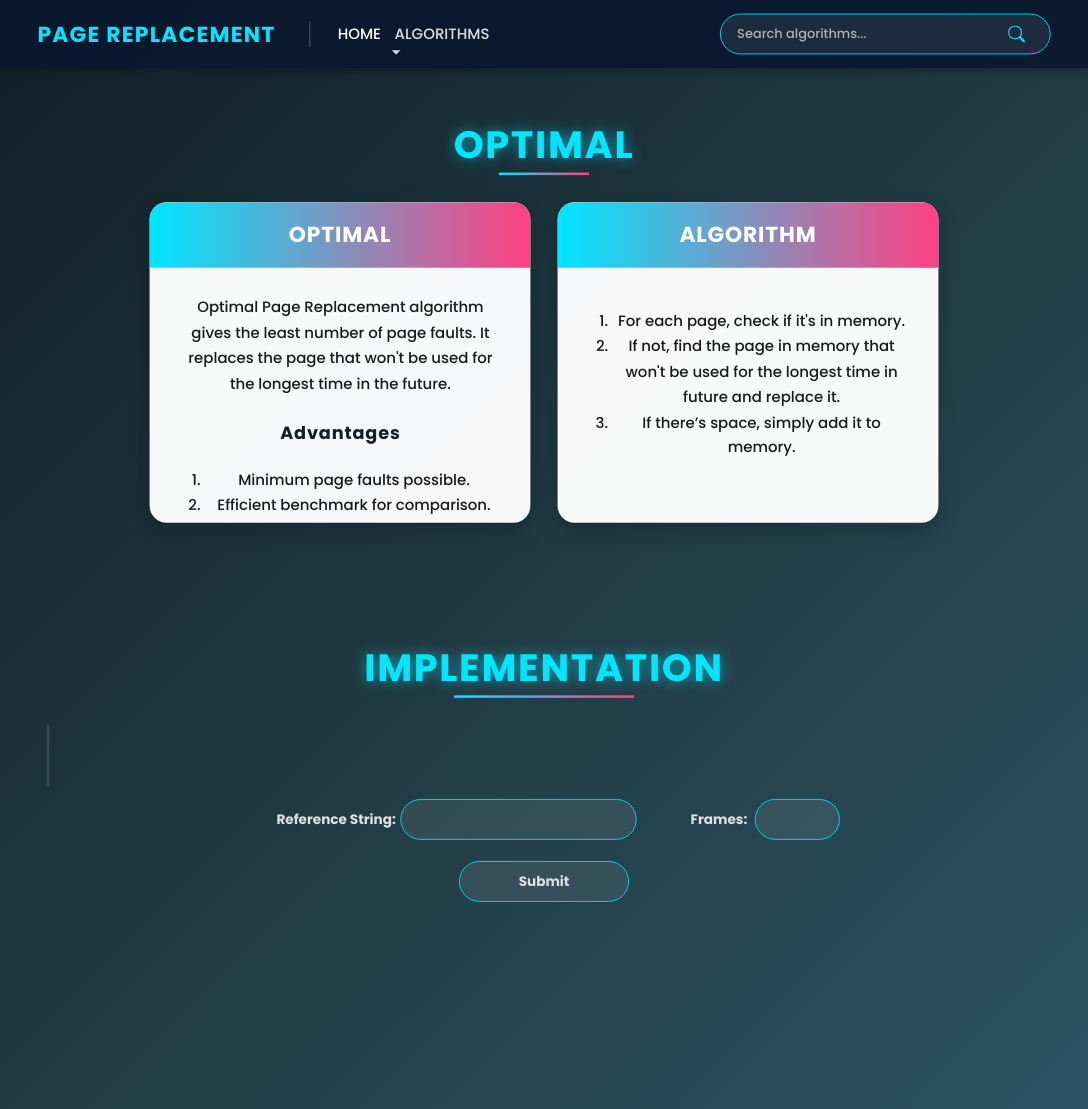
Repository: nusuranur/Page-Replacement-Algorithms-Simulator2.0
Page: Page-Replacement-Algorithms-Simulator-master/optimal.html
These files come from the project's save history. The page is drawn as it stood at one moment and after the next save; the edit follows.
The browser window is 1280 px wide. The pictures show the whole page, at 85% of full size.

Above is the page before, as saved 2025-08-05 19:07:56.

### Page-Replacement-Algorithms-Simulator-master/optimal.html
<!DOCTYPE html>
<html lang="en">

<head>
    <meta charset="UTF-8">
    <meta http-equiv="X-UA-Compatible" content="IE=edge">
    <meta name="viewport" content="width=device-width, initial-scale=1.0">
    <title>OS LAB SIMULATOR - OPTIMAL</title>
    <link rel="stylesheet" href="https://cdn.jsdelivr.net/npm/bootstrap@5.3.0/dist/css/bootstrap.min.css">
    <link href="https://fonts.googleapis.com/css2?family=Poppins:wght@300;500;700&display=swap" rel="stylesheet">
    <link href="https://cdnjs.cloudflare.com/ajax/libs/font-awesome/6.4.0/css/all.min.css" rel="stylesheet">
    <link rel="stylesheet" href="https://unpkg.com/aos@2.3.1/dist/aos.css">
    <link rel="shortcut icon" type="image/png" href="images/website_logo1.png">
    <style>
        body {
            background: linear-gradient(135deg, #0f2027 0%, #203a43 50%, #2c5364 100%);
            font-family: 'Poppins', sans-serif;
            color: #e0e0e0;
            min-height: 100vh;
            margin: 0;
            font-size: 1rem;
        }

        .navbar {
            background: rgba(10, 25, 47, 0.95) !important;
            backdrop-filter: blur(12px);
            padding: 1rem 2rem;
            box-shadow: 0 4px 12px rgba(0, 0, 0, 0.3);
        }

        .navbar-brand .hover-border {
            font-size: 1.6rem;
            font-weight: 700;
            color: #00e6ff;
            transition: color 0.3s ease, transform 0.3s ease;
            position: relative;
            text-transform: uppercase;
            letter-spacing: 1.5px;
        }

        .navbar-brand .hover-border:hover {
            color: #ffffff;
            transform: translateY(-2px);
        }

        .navbar-brand .hover-border::after {
            content: '';
            position: absolute;
            width: 0;
            height: 3px;
            bottom: -6px;
            left: 0;
            background: linear-gradient(90deg, #00e6ff, #ff4081);
            transition: width 0.4s ease;
        }

        .navbar-brand .hover-border:hover::after {
            width: 100%;
        }

        .nav-link, .nav-link.dropdown-toggle {
            font-size: 1.1rem;
            color: #e0e0e0;
            transition: color 0.3s ease, transform 0.3s ease;
            position: relative;
        }

        .nav-link:hover, .nav-link.dropdown-toggle:hover {
            color: #00e6ff;
            transform: translateY(-2px);
        }

        .nav-link::after, .nav-link.dropdown-toggle::after {
            content: '';
            position: absolute;
            width: 0;
            height: 2px;
            bottom: -3px;
            left: 0;
            background: linear-gradient(90deg, #00e6ff, #ff4081);
            transition: width 0.4s ease;
        }

        .nav-link:hover::after, .nav-link.dropdown-toggle:hover::after {
            width: 100%;
        }

        .divider {
            height: 30px;
            width: 1px;
            background: #e0e0e0;
            margin: 0 1.5rem;
            opacity: 0.4;
        }

        .form-control {
            background: rgba(255, 255, 255, 0.08);
            border: 1px solid #00e6ff;
            color: #e0e0e0;
            border-radius: 25px;
            padding: 0.7rem 2.8rem 0.7rem 1.2rem;
            font-size: 1rem;
            transition: all 0.3s ease;
        }

        .form-control:focus {
            background: rgba(255, 255, 255, 0.15);
            border-color: #ffffff;
            color: #ffffff;
            box-shadow: 0 0 8px rgba(0, 230, 255, 0.3);
        }

        .form-control::placeholder {
            color: #b0b0b0;
            font-size: 0.95rem;
        }

        .bi-search {
            position: absolute;
            right: 20px;
            top: 50%;
            transform: translateY(-50%);
            color: #00e6ff;
            width: 20px;
            height: 20px;
        }

        .dropdown-menu {
            background: rgba(10, 25, 47, 0.98);
            border: 1px solid #00e6ff;
            border-radius: 12px;
            max-height: 320px;
            overflow-y: auto;
            box-shadow: 0 4px 15px rgba(0, 0, 0, 0.3);
        }

        .dropdown-item {
            color: #e0e0e0;
            font-size: 0.95rem;
            padding: 0.8rem 1.5rem;
            transition: all 0.3s ease;
        }

        .dropdown-item:hover {
            background: #00e6ff;
            color: #0f2027;
        }

        .mid-block {
            padding: 4rem 2rem;
            text-align: center;
        }

        .mid-heading-wrapper {
            margin-bottom: 2rem;
        }

        .mid-heading h1 {
            font-size: 2.8rem;
            font-weight: 700;
            color: #00e6ff;
            text-transform: uppercase;
            letter-spacing: 2px;
            text-shadow: 0 0 15px rgba(0, 230, 255, 0.6);
            position: relative;
            display: inline-block;
        }

        .mid-heading h1::after {
            content: '';
            position: absolute;
            width: 50%;
            height: 3px;
            bottom: -8px;
            left: 25%;
            background: linear-gradient(90deg, #00e6ff, #ff4081);
        }

        .mid-cards {
            display: flex;
            flex-wrap: wrap;
            justify-content: center;
            gap: 2rem;
            max-width: 1200px;
            margin: 0 auto;
        }

        .card {
            background: rgba(255, 255, 255, 0.97);
            border: none;
            border-radius: 20px;
            box-shadow: 0 10px 25px rgba(0, 0, 0, 0.2);
            transition: transform 0.4s ease, box-shadow 0.4s ease;
            max-width: 28rem;
            overflow: hidden;
        }

        .card:hover {
            transform: translateY(-10px);
            box-shadow: 0 15px 35px rgba(0, 0, 0, 0.3);
        }

        .card-header {
            background: linear-gradient(90deg, #00e6ff, #ff4081);
            color: #ffffff;
            font-size: 1.6rem;
            font-weight: 600;
            padding: 1.2rem;
            text-transform: uppercase;
            letter-spacing: 1px;
            border: none;
        }

        .card-body {
            padding: 2rem;
            color: #1a1a1a;
            font-size: 1.1rem;
            line-height: 1.7;
            max-height: 300px;
            overflow-y: auto;
        }

        .card-body .card-header {
            background: none;
            color: #0f2027;
            font-size: 1.3rem;
            padding: 0.5rem 0;
            text-transform: none;
        }

        .card-text ol {
            padding-left: 1.5rem;
            margin-bottom: 0;
        }

        .card-text li {
            margin-bottom: 0.5rem;
        }

        .last-block {
            padding: 4rem 2rem;
            text-align: center;
        }

        .last_button {
            background: linear-gradient(90deg, #00e6ff, #ff4081);
            color: #ffffff;
            border: none;
            border-radius: 25px;
            padding: 0.8rem 2rem;
            font-size: 1rem;
            font-weight: 600;
            transition: all 0.3s ease;
        }

        .last_button:hover {
            background: linear-gradient(90deg, #ff4081, #00e6ff);
            transform: scale(1.08);
            box-shadow: 0 5px 15px rgba(0, 230, 255, 0.4);
        }

        .input {
            background: rgba(255, 255, 255, 0.08);
            border: 1px solid #00e6ff;
            color: #e0e0e0;
            border-radius: 25px;
            padding: 0.7rem 1.2rem;
            font-size: 1rem;
            transition: all 0.3s ease;
            width: 200px;
        }

        .input:focus {
            background: rgba(255, 255, 255, 0.15);
            border-color: #ffffff;
            box-shadow: 0 0 8px rgba(0, 230, 255, 0.3);
        }

        table, tr, td {
            border: 2px solid black !important;
        }

        #table {
            width: 80vw;
            margin: 15px;
        }

        #summary {
            display: flex;
            justify-content: space-around;
            align-items: center;
            flex-wrap: wrap;
            flex-direction: row;
        }

        @media (max-width: 768px) {
            body {
                font-size: 0.9rem;
            }

            .mid-heading h1 {
                font-size: 2.2rem;
            }

            .mid-block, .last-block {
                padding: 2rem 1rem;
            }

            .navbar-brand .hover-border {
                font-size: 1.3rem;
            }

            .nav-link, .nav-link.dropdown-toggle {
                font-size: 1rem;
            }

            .form-control, .input {
                font-size: 0.9rem;
                width: 150px;
            }

            .card {
                max-width: 90%;
            }

            .card-header {
                font-size: 1.4rem;
            }

            .card-body {
                font-size: 1rem;
            }

            .last_button {
                font-size: 0.9rem;
                padding: 0.7rem 1.5rem;
            }
        }
    </style>
</head>

<body>
    <nav class="navbar sticky-top navbar-expand-lg navbar-dark bg-dark">
        <div class="container-fluid">
            <a class="navbar-brand" href="pagereplacement_index.html">
                <div class="hover-border">PAGE REPLACEMENT</div>
            </a>
            <div class="divider"></div>
            <button class="navbar-toggler" type="button" data-bs-toggle="collapse"
                data-bs-target="#navbarSupportedContent" aria-controls="navbarSupportedContent" aria-expanded="false"
                aria-label="Toggle navigation">
                <span class="navbar-toggler-icon"></span>
            </button>
            <div class="collapse navbar-collapse" id="navbarSupportedContent">
                <ul class="navbar-nav me-auto mb-2 mb-lg-0">
                    <li class="nav-item">
                        <a class="nav-link active" aria-current="page" href="index.html">
                            <div class="hover-border">HOME</div>
                        </a>
                    </li>
                    <li class="nav-item dropdown">
                        <a class="nav-link dropdown-toggle" href="#" id="navbarDropdown" role="button"
                            data-bs-toggle="dropdown" aria-expanded="false">
                            ALGORITHMS
                        </a>
                        <ul class="dropdown-menu dropdown-menu-dark" aria-labelledby="navbarDropdown">
                            <li><a class="dropdown-item" href="./fifo.html">FIFO</a></li>
                            <li><a class="dropdown-item" href="./lifo.html">LIFO</a></li>
                            <li><a class="dropdown-item" href="./lru.html">LRU</a></li>
                            <li><a class="dropdown-item" href="./optimal.html">OPTIMAL</a></li>
                        </ul>
                    </li>
                </ul>
                <div class="d-flex position-relative">
                    <div class="dropdown">
                        <input id="search-input" class="form-control me-2 dropdown-toggle" data-bs-toggle="dropdown"
                            aria-expanded="false" placeholder="Search algorithms..." aria-label="Search">
                        <ul id="suggestions" class="dropdown-menu dropdown-menu-dark" aria-labelledby="search-input"></ul>
                        <button id="search-button" class="btn btn-outline-light position-absolute" type="button"
                            style="right: 10px; top: 50%; transform: translateY(-50%); border: none; background: none; padding: 0;">
                            <svg xmlns="http://www.w3.org/2000/svg" width="20" height="20" fill="currentColor"
                                class="bi bi-search" viewBox="0 0 16 16">
                                <path
                                    d="M11.742 10.344a6.5 6.5 0 1 0-1.397 1.398h-.001c.03.04.062.078.098.115l3.85 3.85a1 1 0 0 0 1.415-1.414l-3.85-3.85a1.007 1.007 0 0 0-.115-.1zM12 6.5a5.5 5.5 0 1 1-11 0 5.5 5.5 0 0 1 11 0z" />
                            </svg>
                        </button>
                    </div>
                </div>
            </div>
        </div>
    </nav>

    <div class="mid-block" data-aos="fade-up">
        <div class="mid-heading-wrapper">
            <div class="mid-heading">
                <h1 class="hover-border">OPTIMAL</h1>
            </div>
        </div>
        <div class="mid-cards">
            <div class="card text-white mb-3" data-aos="zoom-in" data-aos-delay="100">
                <div class="card-header">OPTIMAL</div>
                <div class="card-body">
                    <p class="card-text">Optimal Page Replacement algorithm gives the least number of page faults. It replaces the page that won't be used for the longest time in the future.</p>
                    <div class="card-header">Advantages</div>
                    <p class="card-text">
                        <ol>
                            <li>Minimum page faults possible.</li>
                            <li>Efficient benchmark for comparison.</li>
                        </ol>
                    </p>
                    <div class="card-header">Disadvantages</div>
                    <p class="card-text">
                        <ol>
                            <li>Needs future knowledge of reference string.</li>
                            <li>Not practical for real-time systems.</li>
                        </ol>
                    </p>
                </div>
            </div>
            <div class="card text-white mb-3" data-aos="zoom-in" data-aos-delay="200">
                <div class="card-header">ALGORITHM</div>
                <div class="card-body">
                    <p class="card-text">
                        <ol>
                            <li>For each page, check if it's in memory.</li>
                            <li>If not, find the page in memory that won't be used for the longest time in future and replace it.</li>
                            <li>If there’s space, simply add it to memory.</li>
                        </ol>
                    </p>
                </div>
            </div>
        </div>
    </div>

    <div class="last-block" data-aos="fade-up">
        <div class="mid-heading-wrapper">
            <div class="mid-heading">
                <h1 class="hover-border">IMPLEMENTATION</h1>
            </div>
        </div>
        <div class="divider" style="height: 10vh;"></div>
        <div id="algo">
            <div class="container"
                style="width: 85vw; height: fit-content; margin-bottom: 10px; display: flex; flex-direction: column; align-items: center; justify-content: center;">
                <div
                    style="display: flex; flex-direction: row; align-items: center; justify-content: center; flex-wrap: wrap;">
                    <div
                        style="margin: 10px; width: fit-content; display: flex; justify-content: center; align-items: center;">
                        <strong>Reference String:</strong>
                        <input class="input" type="text" style="width: 55%; min-width: 225px; margin: 5px;" id="input">
                    </div>
                    <div style="margin: 10px; width: fit-content">
                        <strong>Frames:</strong>
                        <input class="input" type="number" id="frames" style="width: 100px; min-width: 50px; margin: 5px;"
                            min="1" max="10">
                    </div>
                </div>
                <button id="submit" type="button" class="btn btn-dark last_button input"
                    style="margin: 10px; min-width: 80px;">Submit</button>
            </div>
            <div style="margin: 10px;">
                <br>
                <table id="table" class="container text-center"></table>
                <br>
                <div id="summary" class="d-flex justify-content-around font-weight-bold text-uppercase"> </div>
            </div>
        </div>
    </div>

    <br>
    <br>
    <br>

    <script src="https://cdn.jsdelivr.net/npm/bootstrap@5.3.0/dist/js/bootstrap.bundle.min.js"></script>
    <script src="https://unpkg.com/aos@2.3.1/dist/aos.js"></script>
    <script src="js/search.js"></script>
    <script src="js/optimal.js"></script>
    <script>
        AOS.init({ duration: 1200, easing: 'ease-out-quart' });
    </script>
</body>

</html>

Loaded but not shown: Page-Replacement-Algorithms-Simulator-master/js/optimal.js (162 lines, source omitted); Page-Replacement-Algorithms-Simulator-master/js/search.js (208 lines, source omitted)

After the next save:
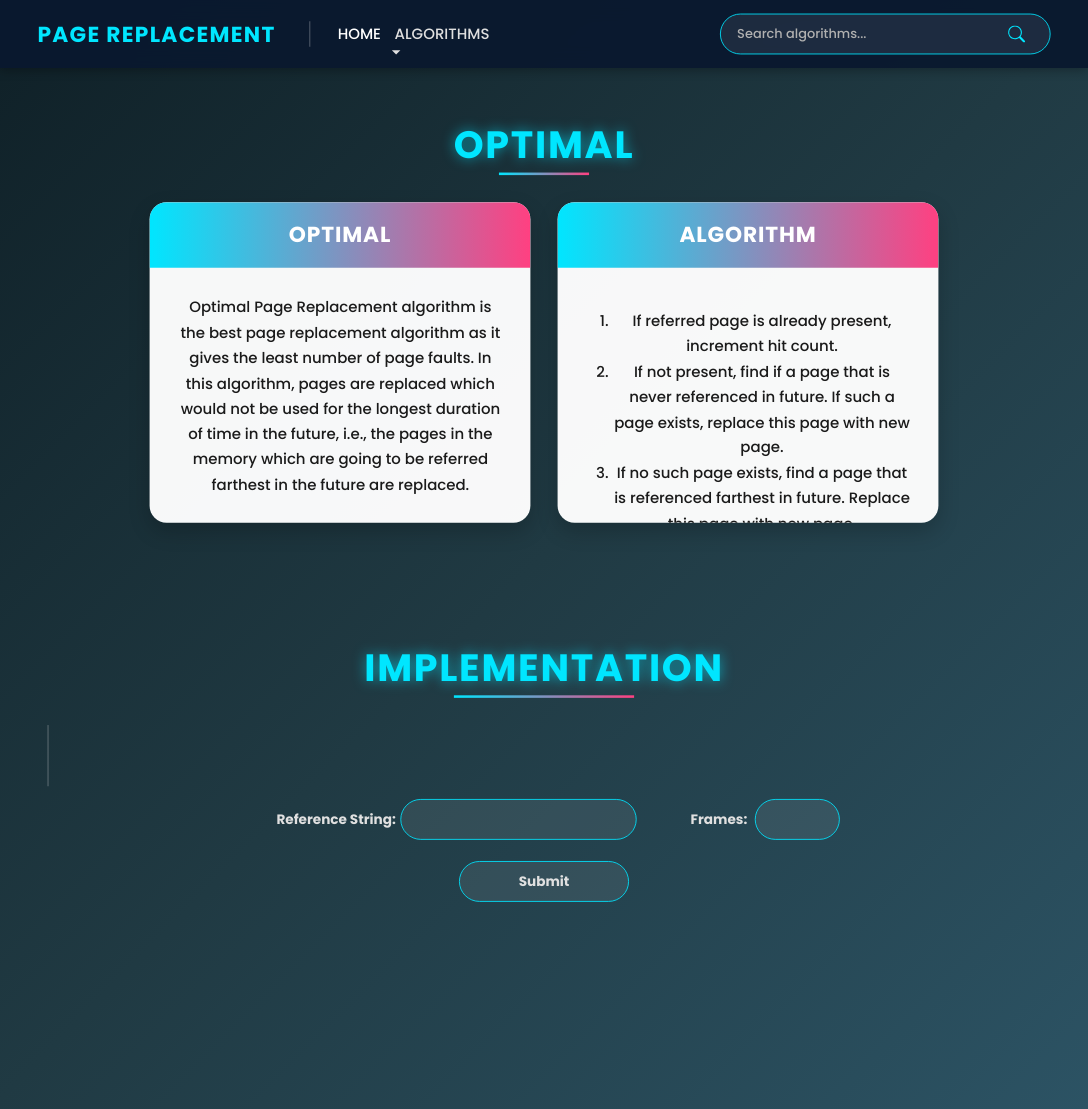
Saved 10 min 32 s later.
--- a/Page-Replacement-Algorithms-Simulator-master/optimal.html
+++ b/Page-Replacement-Algorithms-Simulator-master/optimal.html
@@ -381,7 +381,7 @@
                             <svg xmlns="http://www.w3.org/2000/svg" width="20" height="20" fill="currentColor"
                                 class="bi bi-search" viewBox="0 0 16 16">
                                 <path
-                                    d="M11.742 10.344a6.5 6.5 0 1 0-1.397 1.398h-.001c.03.04.062.078.098.115l3.85 3.85a1 1 0 0 0 1.415-1.414l-3.85-3.85a1.007 1.007 0 0 0-.115-.1zM12 6.5a5.5 5.5 0 1 1-11 0 5.5 5.5 0 0 1 11 0z" />
+                                    d="M11.742 10.344a6.5 6.5 0 1 0-1.397 1.398h-.001c.03.04.062.078.098.115l3.85 3.85a1 1 0 0 0 1.415-1.414l-3.85-3.85a1.007 1.007 0 0 0-.115-.1zM12 6.5a5.5 5.5 0 1 1-11 0 5.5 5.5 0 1 1 11 0z" />
                             </svg>
                         </button>
                     </div>
@@ -389,7 +389,6 @@
             </div>
         </div>
     </nav>
-
     <div class="mid-block" data-aos="fade-up">
         <div class="mid-heading-wrapper">
             <div class="mid-heading">
@@ -400,19 +399,23 @@
             <div class="card text-white mb-3" data-aos="zoom-in" data-aos-delay="100">
                 <div class="card-header">OPTIMAL</div>
                 <div class="card-body">
-                    <p class="card-text">Optimal Page Replacement algorithm gives the least number of page faults. It replaces the page that won't be used for the longest time in the future.</p>
+                    <p class="card-text">Optimal Page Replacement algorithm is the best page replacement algorithm as it
+                        gives the least number of page faults. In this algorithm, pages are replaced which would not be
+                        used for the longest duration of time in the future, i.e., the pages in the memory which are
+                        going to be referred farthest in the future are replaced.</p>
                     <div class="card-header">Advantages</div>
                     <p class="card-text">
                         <ol>
-                            <li>Minimum page faults possible.</li>
-                            <li>Efficient benchmark for comparison.</li>
+                            <li>Easy to Implement.</li>
+                            <li>Simple data structures are used.</li>
+                            <li>Highly efficient.</li>
                         </ol>
                     </p>
                     <div class="card-header">Disadvantages</div>
                     <p class="card-text">
                         <ol>
-                            <li>Needs future knowledge of reference string.</li>
-                            <li>Not practical for real-time systems.</li>
+                            <li>Requires future knowledge of the program.</li>
+                            <li>Time-consuming.</li>
                         </ol>
                     </p>
                 </div>
@@ -422,16 +425,17 @@
                 <div class="card-body">
                     <p class="card-text">
                         <ol>
-                            <li>For each page, check if it's in memory.</li>
-                            <li>If not, find the page in memory that won't be used for the longest time in future and replace it.</li>
-                            <li>If there’s space, simply add it to memory.</li>
+                            <li>If referred page is already present, increment hit count.</li>
+                            <li>If not present, find if a page that is never referenced in future. If such a page exists,
+                                replace this page with new page.</li>
+                            <li>If no such page exists, find a page that is referenced farthest in future. Replace this page
+                                with new page.</li>
                         </ol>
                     </p>
                 </div>
             </div>
         </div>
     </div>
-
     <div class="last-block" data-aos="fade-up">
         <div class="mid-heading-wrapper">
             <div class="mid-heading">
@@ -462,7 +466,7 @@
                 <br>
                 <table id="table" class="container text-center"></table>
                 <br>
-                <div id="summary" class="d-flex justify-content-around font-weight-bold text-uppercase"> </div>
+                <div id="summary" class="d-flex justify-content-around font-weight-bold text-uppercase"></div>
             </div>
         </div>
     </div>
@@ -470,13 +474,15 @@
     <br>
     <br>
     <br>
-
     <script src="https://cdn.jsdelivr.net/npm/bootstrap@5.3.0/dist/js/bootstrap.bundle.min.js"></script>
     <script src="https://unpkg.com/aos@2.3.1/dist/aos.js"></script>
     <script src="js/search.js"></script>
     <script src="js/optimal.js"></script>
     <script>
-        AOS.init({ duration: 1200, easing: 'ease-out-quart' });
+        AOS.init({
+            duration: 1200,
+            easing: 'ease-out-quart',
+        });
     </script>
 </body>
 
